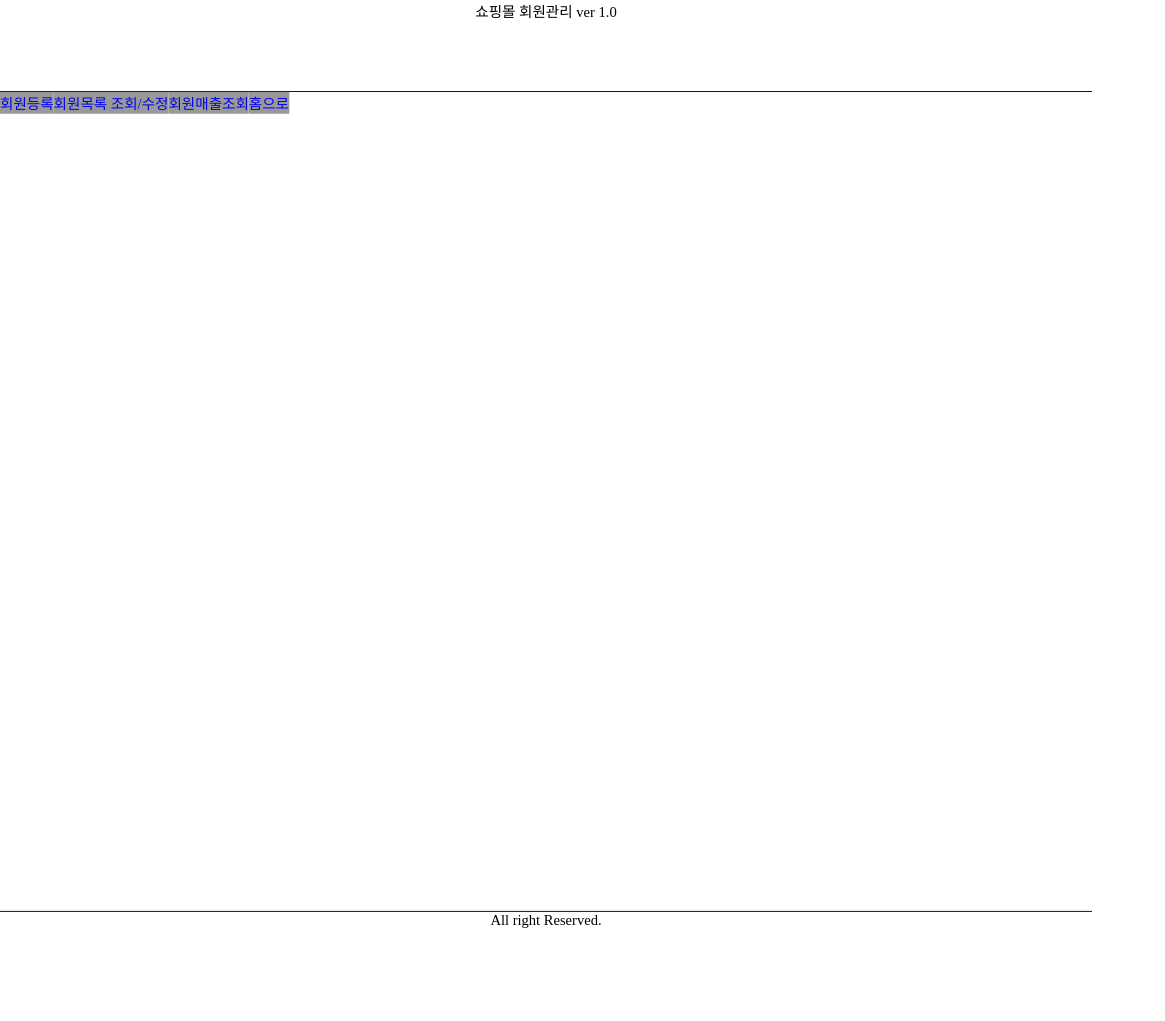
Repository: foodduck/HRD_exam
Page: http://localhost/HRD_1234/
The author's editor kept a copy of each file at every save. The page is drawn from the files as they stood at one save, then again after the next save.
The browser window is 1280 px wide. The pictures show the whole page, at 91% of full size.
The page is served by Tomcat 9.

Above is the page before, as saved 2022-02-14 07:01:05.

After the next save:
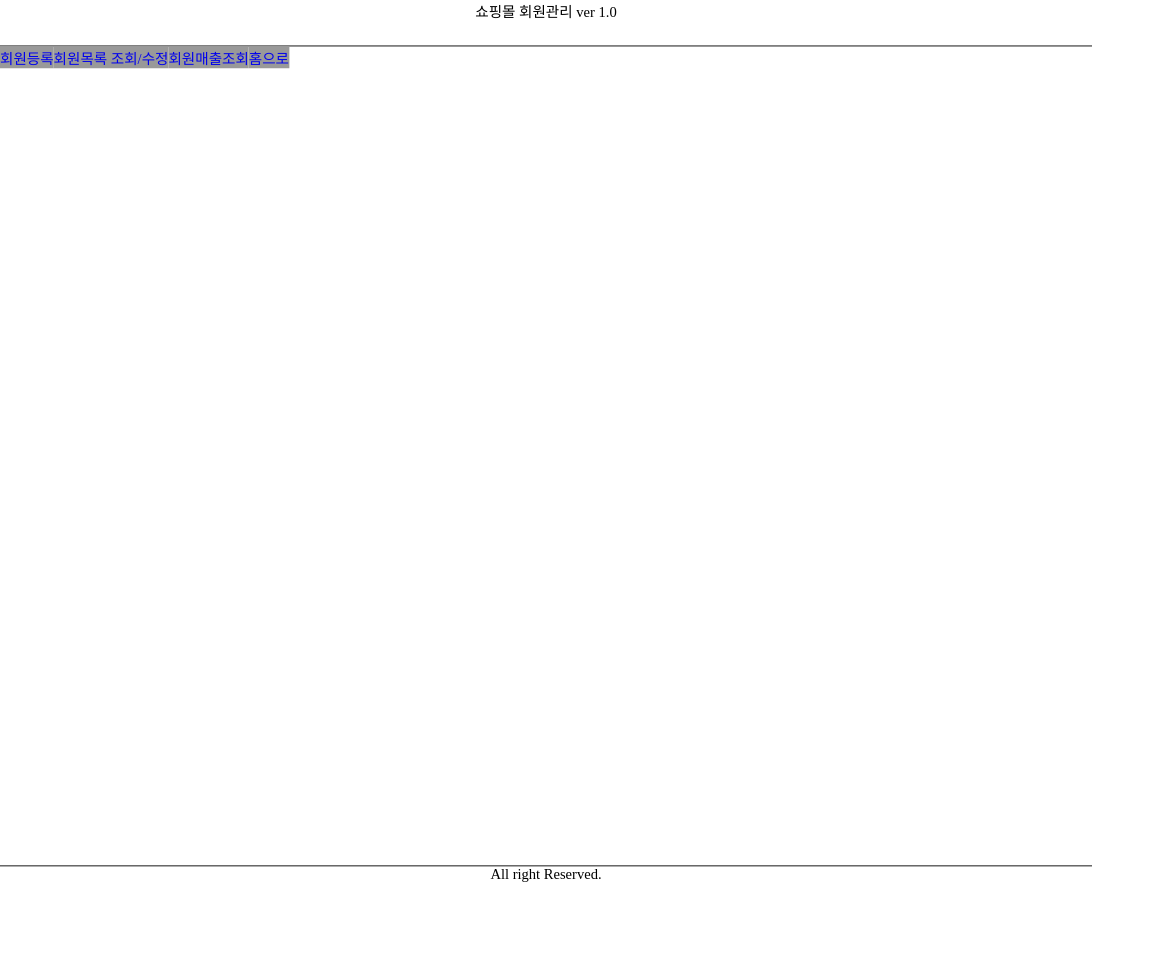
Saved 11 s later.
--- a/HRD_1234/WebContent/index.jsp
+++ b/HRD_1234/WebContent/index.jsp
@@ -13,7 +13,7 @@
 	.wrap {width:1200px; clear:both;}
 	p {text-align:center}
 
-	.hd {height:100px;border-bottom:solid black 1px;}
+	.hd {height:50px;border-bottom:solid black 1px;}
 	.tnb {height: 100px; width: 1200px;}
 	.tnb li { float:left; margin:0 auto; background-color:#999;}
 	.sec {width:100%; height:800px;}
